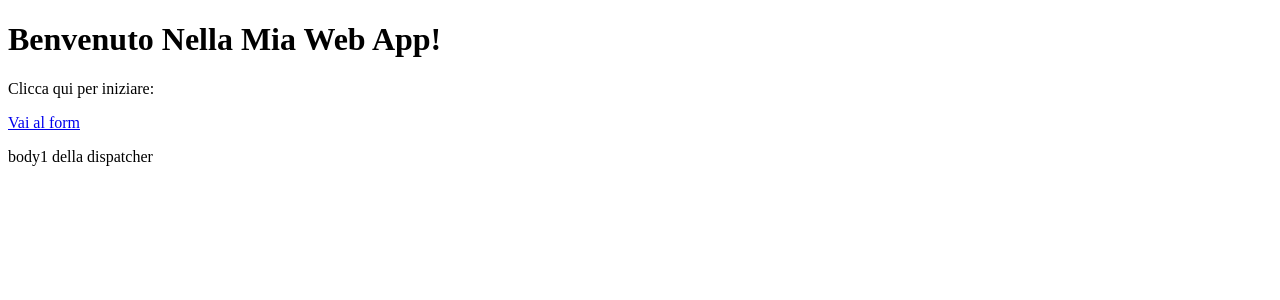
Repository: PcarloP/java_se
Page: http://localhost/anagraficaweb/jsp/home.jsp
These files come from the project's save history. The page is drawn as it stood at one moment and after the next save; the edit follows.
The browser window is 1280 px wide. The pictures show the whole page.
The page is served by Tomcat 10. Other server files are loaded and not shown.

Above is the page before, as saved 2025-06-22 10:53:08.

### anagraficaweb/WebContent/jsp/home.jsp
<!DOCTYPE html>
<html lang="it">
<head>
    <meta charset="UTF-8">
    <title>Benvenuto</title>
</head>
<body>

    <h1>Benvenuto Nella Mia Web App!</h1>

    <p>Clicca qui per iniziare:</p>

    <a href="login.jsp">Vai al form</a>

</body>
</html>
<p>body1 della dispatcher</p>

After the next save:
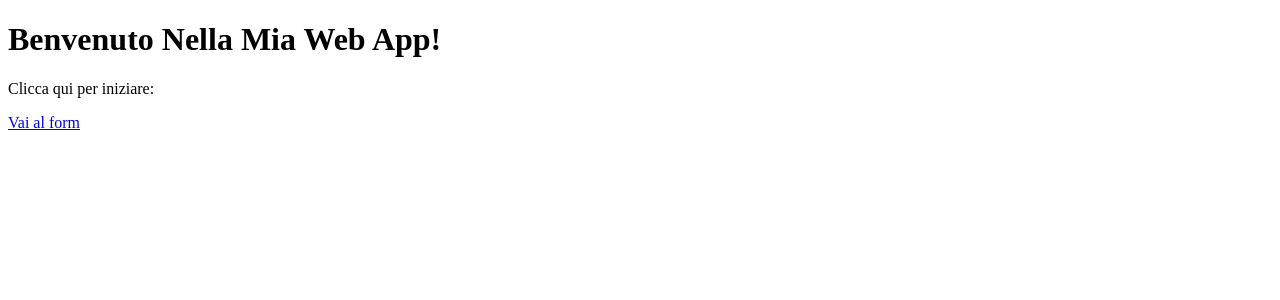
Saved 10 s later.
--- a/anagraficaweb/WebContent/jsp/home.jsp
+++ b/anagraficaweb/WebContent/jsp/home.jsp
@@ -14,4 +14,3 @@
 
 </body>
 </html>
-<p>body1 della dispatcher</p>
